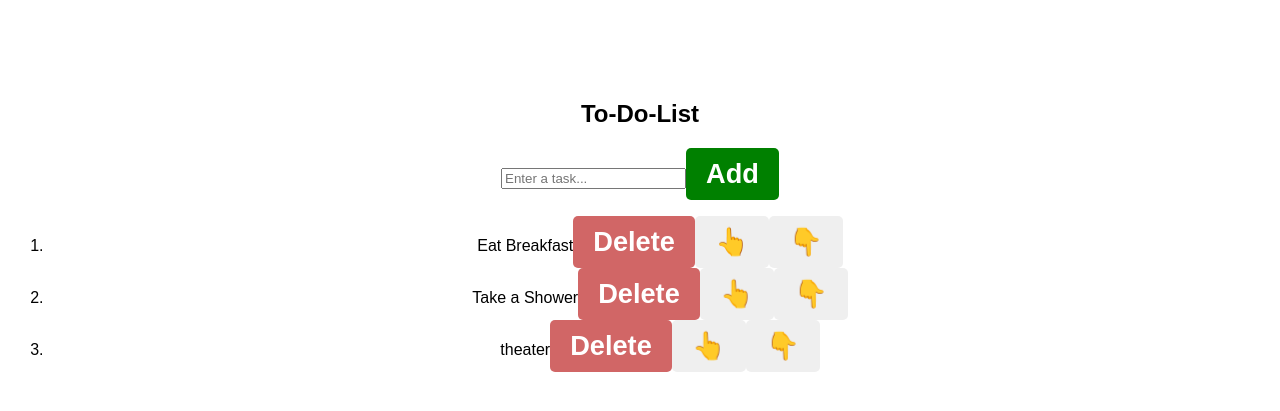
Repository: wakoya-tech/my-react-practice
Page: /
These files come from the project's save history. The page is drawn as it stood at one moment and after the next save; the edit follows.
The browser window is 1280 px wide. The pictures show the whole page.
The project was rebuilt for these pictures with package versions that can differ from the ones it lists, and the page was loaded fresh each time. Also part of the build but not shown: vite.config.js.

Above is the page before, as saved 2025-10-06 16:23:30.

### src/index.css
.to-do-list {
  font-family: Arial, Helvetica, sans-serif;
  text-align: center;
  margin-top: 100px;

}
h1{
  font-size: 4rem;

}
button {
  font-size: 1.7rem;
  font-weight: bold;
  padding: 10px 20px;
  color: white;
  border: none;
  border-radius: 5px;
  cursor: pointer;
  transition: background-color 0.5 ease;
}
.add-button {
  background-color: green;
}
.add-button :hover{
  background-color: green;
}
.delete-button {
  background-color: rgb(209, 102, 102);
}
.delete-button :hover{
  background-color:rgb(250, 6, 6);
}

### src/App.jsx
import ToDoList from './ToDoList.jsx'

function App() {

  return (
<ToDoList/>
  );
}
export default App;

### src/ToDoList.jsx
import React,{useState} from "react";
function ToDoList(){
    const [tasks,setTasks]=useState(["Eat Breakfast","Take a Shower","theater"]);

    const [newTask,setNewTask]=useState("");
 function handleInputChange(event){
setNewTask(event.target.value)
 }
    function AddTask(){

 }
 function handleRemoved(index){

 }
 function handleMoveUp(){

 }
 function handleMoveDown(index){

 }

return(
<div className="to-do-list">
    <h2>To-Do-List</h2>
    <div>
         <input type="text"
   placeholder="Enter a task..."
   value={newTask}
   onChange={handleInputChange} />
   <button className="add-button"
   onClick={AddTask}>Add</button>
   </div>
   <ol>
    {tasks.map((task,index)=>
    <li key={index} >

        <span className="text">{task}</span>
    <button className="delete-button"
    onClick={()=>handleRemoved(index)}>Delete
    </button>

    <button className="move-button"
    onClick={()=>handleMoveUp(index)}>
        👆</button>

    <button className="move-button"
    onClick={()=>handleMoveDown(index)}>👇</button>
    </li>)}
   </ol>

    </div>);i


}
export default ToDoList

Loaded but not shown: index.html (common file); src/main.jsx (common file)

After the next save:
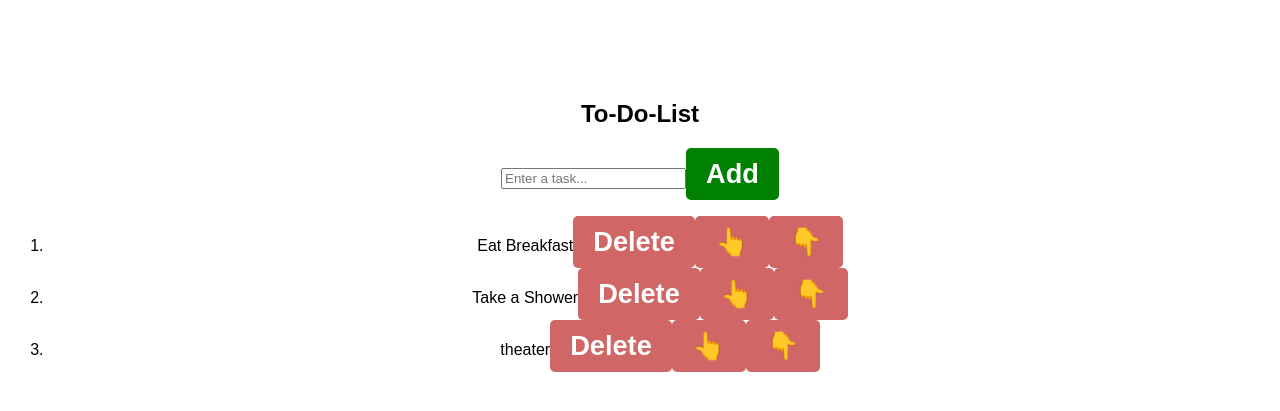
Saved 43 s later.
--- a/src/index.css
+++ b/src/index.css
@@ -30,3 +30,9 @@ button {
 .delete-button :hover{
   background-color:rgb(250, 6, 6);
 }
+.move-button {
+  background-color: rgb(209, 102, 102);
+}
+.move-button :hover{
+  background-color:rgb(250, 6, 6);
+}
